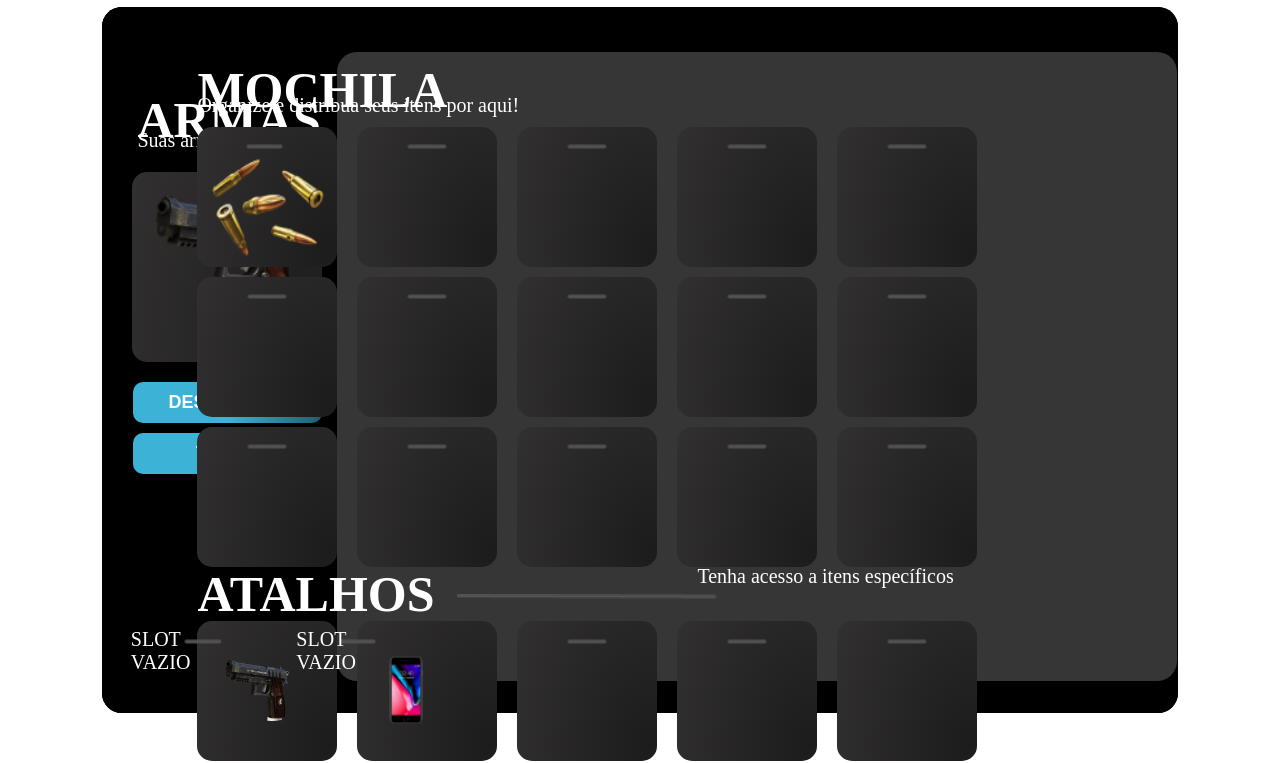
Repository: DuMCorrea/Mochila
Page: index.html
An editor plug-in stored every save of this project. The page is shown before and after the next save, followed by the edit.
The browser window is 1280 px wide. The pictures show the whole page.
Some web fonts or font styles are not loaded; a fallback is used.

Above is the page before, as saved 2024-09-03 10:06:52.

### index.html
<!DOCTYPE html>
<html lang="pt-BR">
<head>
    <meta charset="UTF-8">
    <meta name="viewport" content="width=device-width, initial-scale=1.0">
    <link href="https://fonts.googleapis.com/css2?family=Baloo+Bhai+2&display=swap" rel="stylesheet">
    <title>Modelo de Tela</title>
    <link rel="stylesheet" href="styles.css">
</head>
<body>
    <div class="container">
        <div class="background-rectangle">
            <div class="left-div">
                <div class="content-left">
                    <h1>ARMAS</h1>
                    <p>Suas armas equipadas!</p>
                    <div class="image-container">
                        <img src="assets/ARMA.png" alt="Imagem" />
                    </div>
                    <button class="desequipar-btn">DESEQUIPAR</button>
                    <button class="todas">TODAS</button>
                </div>
            </div>
            <div class="right-div">
                <div class="content-right">
                    <h1>MOCHILA</h1>
                    <p>Organize e distribua seus itens por aqui!</p>
                    <div class="squares-container">
                        <div class="square">
                            <img src="assets/traco.png" alt="Imagem" class="square-image-unic">
                            <img src="assets/balas.png" alt="Imagem" class="shots-image">
                        </div>
                        <div class="square">
                            <img src="assets/traco.png" alt="Imagem" class="square-image">
                        </div>
                        <div class="square">
                            <img src="assets/traco.png" alt="Imagem" class="square-image">
                        </div>
                        <div class="square">
                            <img src="assets/traco.png" alt="Imagem" class="square-image">
                        </div>
                        <div class="square">
                            <img src="assets/traco.png" alt="Imagem" class="square-image">
                        </div>
                    </div>
                    <!-- Segunda linha de quadrados -->
                    <div class="squares-containerr">
                        <div class="square">
                            <img src="assets/traco.png" alt="Imagem" class="square-image">
                        </div>
                        <div class="square">
                            <img src="assets/traco.png" alt="Imagem" class="square-image">
                        </div>
                        <div class="square">
                            <img src="assets/traco.png" alt="Imagem" class="square-image">
                        </div>
                        <div class="square">
                            <img src="assets/traco.png" alt="Imagem" class="square-image">
                        </div>
                        <div class="square">
                            <img src="assets/traco.png" alt="Imagem" class="square-image">
                        </div>
                    </div>

                    <!-- Terceira linha de quadrados -->
                    <div class="squares-containerrr">
                        <div class="square">
                            <img src="assets/traco.png" alt="Imagem" class="square-image">
                        </div>
                        <div class="square">
                            <img src="assets/traco.png" alt="Imagem" class="square-image">
                        </div>
                        <div class="square">
                            <img src="assets/traco.png" alt="Imagem" class="square-image">
                        </div>
                        <div class="square">
                            <img src="assets/traco.png" alt="Imagem" class="square-image">
                        </div>
                        <div class="square">
                            <img src="assets/traco.png" alt="Imagem" class="square-image">
                        </div>
                        </div>
                        <div class="atalhos-title-container">
                            <h1 class="atalhos-title">
                                ATALHOS
                                <img src="assets/linhaGrande.png" alt="Descrição da Imagem" class="atalhos-image">
                                <p class="atalhos-paragraph">Tenha acesso a itens específicos</p>
                            </h1>
                        </div>
                        <div class="shortcuts-container">
                            <div class="square">
                                <img src="assets/traco.png" alt="Imagem" class="square-image">
                                <img src="assets/ARMA.png" class="arma-image">
                                <p class="slot-text">SLOT VAZIO</p>
                            </div>
                            <div class="square">
                                <img src="assets/traco.png" alt="Imagem" class="square-image">
                                <img src="assets/celular.png" class="cell-image">
                                <p class="slot-text">SLOT VAZIO</p>
                            </div>
                            <div class="square">
                                <img src="assets/traco.png" alt="Imagem" class="square-image">
                            </div>
                            <div class="square">
                                <img src="assets/traco.png" alt="Imagem" class="square-image">
                            </div>
                            <div class="square">
                                <img src="assets/traco.png" alt="Imagem" class="square-image">
                            </div>
                        </div>

                        </div>
                        </div>
                        </div>
                        </div>
                        </body>

                        </html>

### styles.css
body, html {
    margin: 0;
    padding: 0;
    width: 100%;
    height: 100%;
    display: flex;
    justify-content: center;
    align-items: center;
    background-color: white; /* Fundo preto para o body */
    font-family: 'Baloo Bhai 2', cursive; /* Aplicando a fonte Baloo Bhai */
}

.container {
    width: 84%; /* Largura da div principal */
    height: 98%; /* Altura da div principal */
    display: flex;
    justify-content: center;
    align-items: center;
    background-color: #000000; /* Fundo preto para a div principal */
    border-radius: 20px; /* Canto arredondado */
    font-family: 'Baloo Bhai 2', cursive; /* Aplicando a fonte Baloo Bhai */
}

.background-rectangle {
    width: 100%;
    height: 100%;
    background: #000000; /* Fundo preto para o retângulo principal */
    border-radius: 20px; /* Cantos arredondados */
    display: flex;
}

.left-div {
    width: 22%; /* 25% da largura da tela */
    height: 100%;
    background-color: #000000; /* Fundo preto para a div esquerda */
    display: flex;
    justify-content: center;
    align-items: center;
    border-radius: 20px 0 0 20px; /* Canto arredondado à esquerda */
    font-family: 'Baloo Bhai 2', cursive; /* Aplicando a fonte Baloo Bhai */
}

.right-div {
    width: calc(110% - 20px); /* 73% da largura da tela menos a margem */
    height: calc(92% - 20px); /* 95% da altura menos a margem */
    background-color: #363636; /* Fundo cinza para a div direita */
    display: flex;
    justify-content: center;
    align-items: center;
    margin: 45px; /* Margem em torno da div da direita */
    border-radius: 20px; /* Cantos arredondados */
    font-family: 'Baloo Bhai 2', cursive; /* Aplicando a fonte Baloo Bhai */
}


/* DIV DA ESQUERDA */

.content-left {
    text-align: justify; /* Justifica o texto */
    display: flex;
    flex-direction: column;
    justify-content: flex-start; /* Alinha os elementos ao topo da div */
    align-items: center; /* Centraliza horizontalmente */
    height: 100%; /* Ocupa toda a altura da div esquerda */
    padding-top: 100px; /* Adiciona um espaçamento do topo */
}

.left-div h1 {
    color: white; /* Cor branca para o título */
    font-size: 50px; /* Tamanho da fonte do título */
    margin-bottom: -20px; /* Espaçamento negativo para aproximar o parágrafo */
    font-weight: 900;
    width: 100%; /* Para garantir que a justificação funcione */
    text-align: justify; /* Justifica o texto do título */
    position: relative;
    left: 35px;
}

.left-div p {
    color: white; /* Cor branca para a frase */
    font-size: 20px; /* Tamanho da fonte da frase */
    margin-top: 0; /* Remove a margem superior do parágrafo */
    width: 100%; /* Para garantir que a justificação funcione */
    text-align: justify; /* Justifica o texto da frase */
    font-weight: 100;
    position: relative;
    left: 35px;
}

.image-container {
    width: 190px; /* Largura do quadrado */
    height: 190px; /* Altura do quadrado */
    background: radial-gradient(547.21% 823.76% at 94.51% 88.04%, #1D1C1C 0%, #837E7E 100%); /* Fundo com gradiente */
    border-radius: 15px; /* Borda arredondada */
    display: flex;
    justify-content: center;
    align-items: center;
    margin-top: 0px; /* Espaçamento acima da imagem */
    position: relative;
    left: 30px;
}

.image-container img {
    width: 85%; /* Ajusta o tamanho da imagem para caber no container */
    height: 85%; /* Ajusta o tamanho da imagem para caber no container */
    border-radius: 15px; /* Borda arredondada da imagem para combinar com o container */
}

.desequipar-btn {
    margin-top: 20px; /* Espaçamento acima do botão */
    padding: 10px 20px; /* Espaçamento interno do botão */
    background: linear-gradient(90deg, #3CB3D6 49.9%, #1F5E70 100%); /* Fundo com gradiente */
    color: white; /* Cor do texto */
    font-size: 18px; /* Tamanho da fonte */
    font-weight: bold; /* Negrito no texto */
    border: none; /* Remove a borda padrão do botão */
    border-radius: 10px; /* Bordas arredondadas */
    cursor: pointer; /* Cursor de ponteiro ao passar o mouse */
    text-align: center; /* Centraliza o texto no botão */
    width: 189px; /* Largura do botão */
    position: relative;
    left: 30px;
}

.todas {
    margin-top: 10px; /* Espaçamento acima do botão */
    padding: 10px 20px; /* Espaçamento interno do botão */
    background: linear-gradient(90deg, #3CB3D6 49.9%, #1F5E70 100%); /* Fundo com gradiente */
    color: white; /* Cor do texto */
    font-size: 18px; /* Tamanho da fonte */
    font-weight: bold; /* Negrito no texto */
    border: none; /* Remove a borda padrão do botão */
    border-radius: 10px; /* Bordas arredondadas */
    cursor: pointer; /* Cursor de ponteiro ao passar o mouse */
    text-align: center; /* Centraliza o texto no botão */
    width: 189px; /* Largura do botão */
    position: relative;
    left: 30px;
}


/* DIV DA DIREITA */


.content-right {
    display: flex;
    flex-direction: column;
    justify-content: flex-start; /* Alinha os elementos ao topo da div */
    align-items: flex-start; /* Alinha os elementos à esquerda */
    height: 100%; /* Ocupa toda a altura da div direita */
    padding: 20px; /* Adiciona um espaçamento interno */
}

.right-div h1 {
    color: white; /* Cor branca para o título */
    font-size: 50px; /* Tamanho da fonte do título */
    margin-bottom: -20px; /* Espaçamento negativo para aproximar o parágrafo */
    font-weight: 900;
    width: 100%; /* Para garantir que a justificação funcione */
    text-align: left; /* Alinha o texto à esquerda */
    position: relative; /* Posicionamento relativo para o elemento abaixo */
    right: 160px;
    bottom: 25px;
}

.right-div p {
    color: white; /* Cor branca para a frase */
    font-size: 20px; /* Tamanho da fonte da frase */
    margin-top: 0; /* Remove a margem superior do parágrafo */
    width: 100%; /* Para garantir que a justificação funcione */
    text-align: left; /* Alinha o texto à esquerda */
    font-weight: 100;
    position: relative; /* Posicionamento relativo para o elemento abaixo */
    right: 160px;
    bottom: 30px;
}

.squares-container {
    display: flex; /* Exibe os quadrados em linha */
    justify-content: center; /* Centraliza os quadrados horizontalmente */
    align-items: center; /* Centraliza os quadrados verticalmente */
    width: 100%; /* Largura total para o contêiner */
    height: 50%; /* Altura do contêiner */
    position: relative;
    right: 170px;
    bottom: 40px;
}

.squares-containerr {
    display: flex; /* Exibe os quadrados em linha */
    justify-content: center; /* Centraliza os quadrados horizontalmente */
    align-items: center; /* Centraliza os quadrados verticalmente */
    width: 100%; /* Largura total para o contêiner */
    height: 50%; /* Altura do contêiner */
    position: relative;
    right: 170px;
    bottom: 30px;

}
.squares-containerrr {
    display: flex; /* Exibe os quadrados em linha */
    justify-content: center; /* Centraliza os quadrados horizontalmente */
    align-items: center; /* Centraliza os quadrados verticalmente */
    width: 100%; /* Largura total para o contêiner */
    height: 50%; /* Altura do contêiner */
    position: relative;
    right: 170px;
    bottom: 20px;
}

.square {
    width: 140px; /* Largura dos quadrados */
    height: 140px; /* Altura dos quadrados */
    background: radial-gradient(547.21% 823.76% at 94.51% 88.04%, #1D1C1C 0%, #837E7E 100%); /* Gradiente de fundo */
    border-radius: 15px; /* Bordas arredondadas */
    margin: 0 10px 0px 10px; /* Espaçamento entre os quadrados e entre as linhas */
    display: flex;
    justify-content: center; /* Centraliza horizontalmente o conteúdo */
    align-items: center; /* Centraliza verticalmente o conteúdo */
}

.square-image {
    width: 40px; /* Tamanho da imagem dentro dos quadrados */
    height: 5px;
    position: relative;
    bottom: 50px;
}

.square-image-unic {
    width: 40px; /* Tamanho da imagem dentro dos quadrados */
    height: 5px;
    position: relative;
    bottom: 50px;
    left: 60px;
}

.shots-image {
    width: 90%; /* Tamanho da imagem dentro dos quadrados */
    height: 70%;
    position: relative;
    top: 10px;
    right: 20px;
}


.shortcuts-container {
    display: flex;
    justify-content: center;
    align-items: center;
    width: 100%;
    position: relative;
    right: 170px;
    bottom: 80px;
}

.atalhos-title-container {
    display: flex;
    align-items: center;
    justify-content: flex-start;
    position: relative;
    right: 0px;
    bottom: 30px;
}

.atalhos-image {
    width: 260px; /* Ajuste o tamanho da imagem conforme necessário */
    height: 5px;
    position: relative;
    bottom: 12px;
    left: 10px;
}

.atalhos-paragraph {
    color: white;
    font-size: 20px; /* Ajuste o tamanho do texto conforme necessário */
    position: relative;
    top: -58px;
    left: 500px;
}

.arma-image {
    width: 70px; /* Ajuste o tamanho da imagem conforme necessário */
    height: 70px;
    position: relative;
    bottom: 1px;
}

.cell-image {
    width: 80px; /* Ajuste o tamanho da imagem conforme necessário */
    height: 80px;
    position: relative;
    bottom: 1px;
    right: 10px;
}

.slot-text {
    color: white;
    font-size: 100px; /* Tamanho do texto */
    text-align: center;
    position: relative;
    bottom: 30px;
}

After the next save:
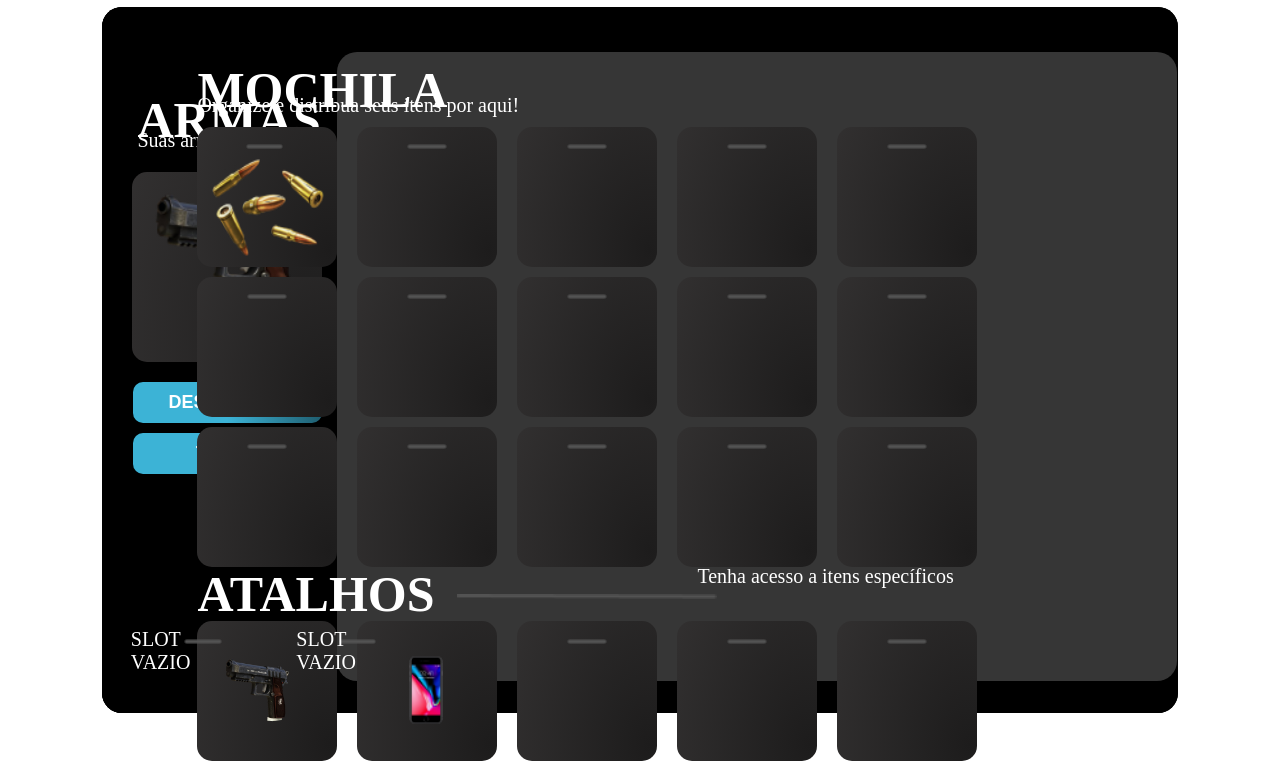
Saved 5 s later.
--- a/styles.css
+++ b/styles.css
@@ -290,7 +290,7 @@ body, html {
     height: 80px;
     position: relative;
     bottom: 1px;
-    right: 10px;
+    left: 10px;
 }
 
 .slot-text {
